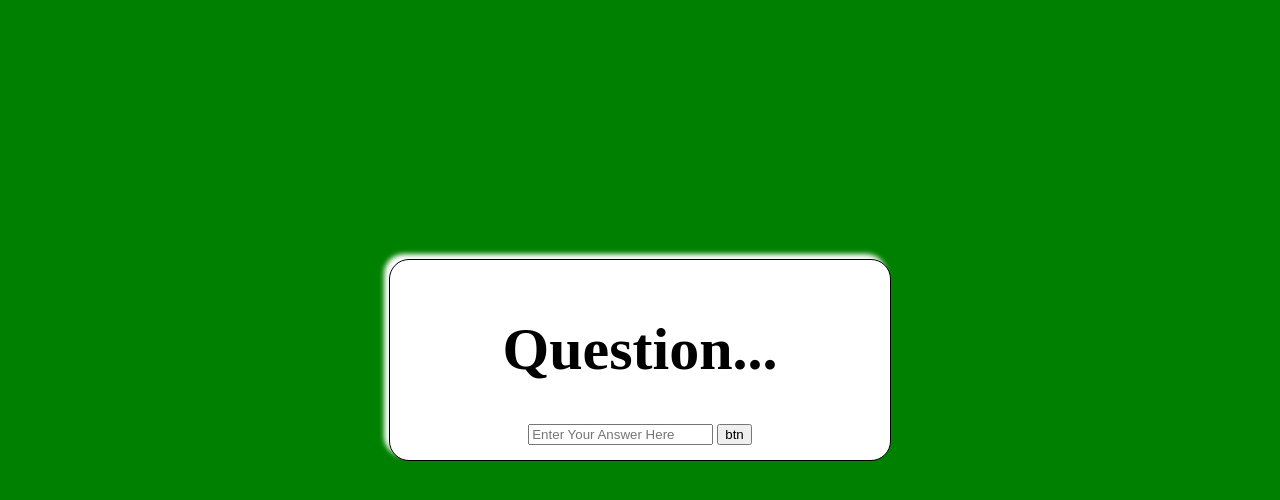
Repository: Joseph061200/Dynamic_Lab2
Page: joseph.html
An editor plug-in stored every save of this project. The page is shown before and after the next save, followed by the edit.
The browser window is 1280 px wide. The pictures show the whole page.

Above is the page before, as saved 2020-02-20 14:13:49.

### joseph.html
<!DOCTYPE html>
<html>
    <head>
        <title>Joseph</title>
        <link rel="stylesheet" href="joseph.css">
    </head>
    <body>
        <div class="app">
            <div class="pop_up question">
                <h1 class="h1">Question...</h1>
                <div>
                    <input type="text" placeholder="Enter Your Answer Here">
                    <button>btn</button>
                </div>
            </div>
        </div>
        <script src="joseph.js"></script>
    </body>
</html>

### joseph.css
body,html {
    margin: 0;
}
.app{
    width: 100vw;
    height: 100vh;
    display: flex;
    justify-content: center;
    align-items: center;
    background-color: green;
}
.pop_up{
    width: 500px;
    height: 200px;
    border: solid 1px black;
    display: flex;
    flex-direction: column;
    justify-content: center;
    align-items: center;
    background-color: white;
    border-radius: 20px;
    box-shadow: 5px 5px 5px black;
    box-shadow: -5px -5px 5px white;

}
h1 {
    font-size: 60px;
}

Loaded but not shown: joseph.js (no copy from this time; the picture is the same without it)

After the next save:
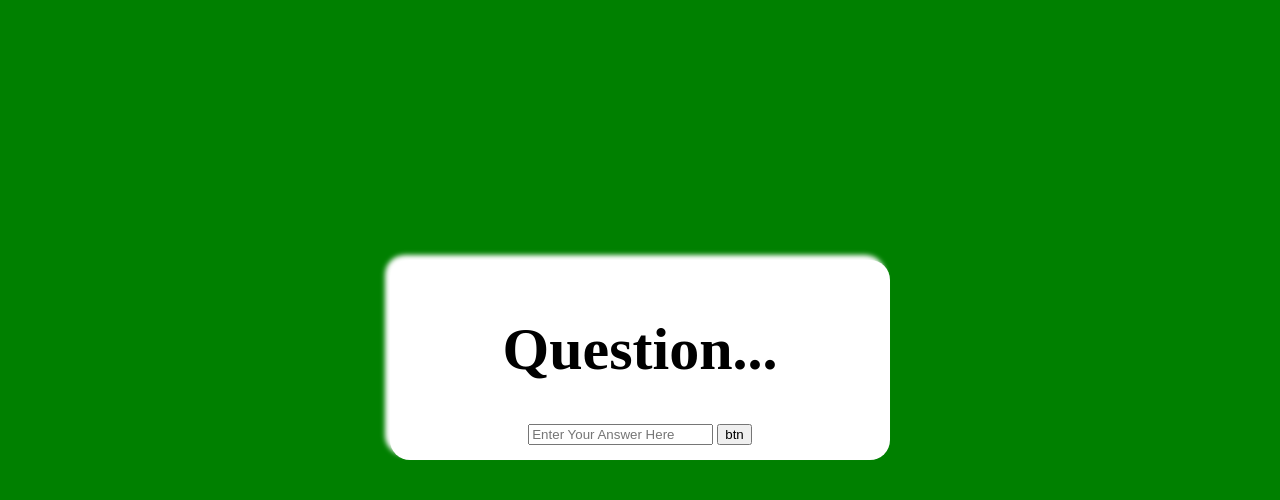
Saved 111 s later.
--- a/joseph.css
+++ b/joseph.css
@@ -12,7 +12,7 @@ body,html {
 .pop_up{
     width: 500px;
     height: 200px;
-    border: solid 1px black;
+    /* border: solid 1px black; */
     display: flex;
     flex-direction: column;
     justify-content: center;
